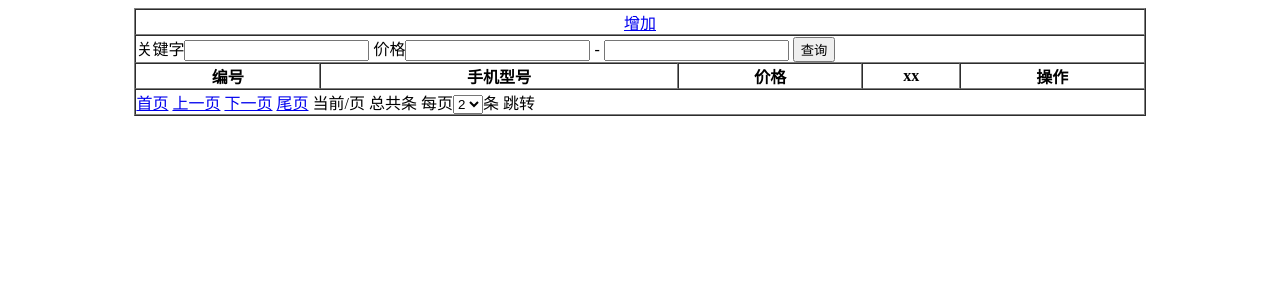
Repository: qyl1006/JavaCode
Page: http://localhost/task05/WEB-INF/views/product/list.jsp
These files come from the project's save history. The page is drawn as it stood at one moment and after the next save; the edit follows.
The browser window is 1280 px wide. The pictures show the whole page.
The page is served by Tomcat 9. Nobody is signed in. The template is opened directly, without the code that normally fills it, so the values that code supplies are empty.

Above is the page before, as saved 2018-03-16 13:58:25.

After the next save:
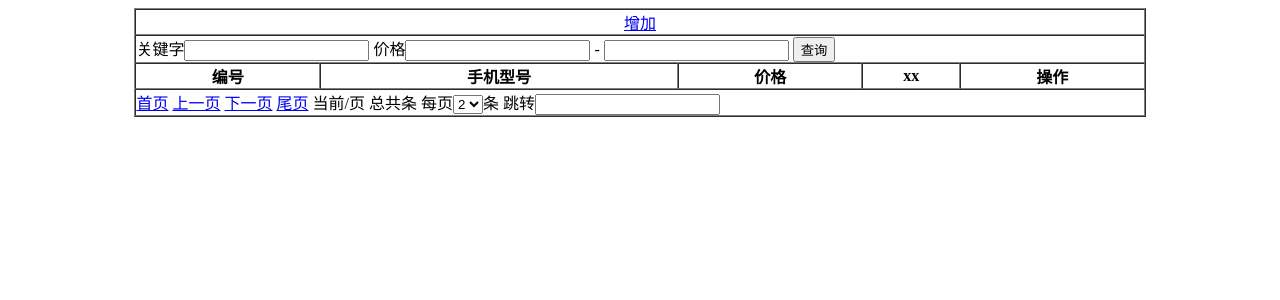
Saved 6 s later.
--- a/workspace/task05/webapp/WEB-INF/views/product/list.jsp
+++ b/workspace/task05/webapp/WEB-INF/views/product/list.jsp
@@ -68,7 +68,7 @@
 							<option ${result.pageSize == 6 ? 'selected' : ''} }>6</option>
 					</select>条
 
-				跳转
+				跳转<input/>
 			</td>
 		</tr>
 
